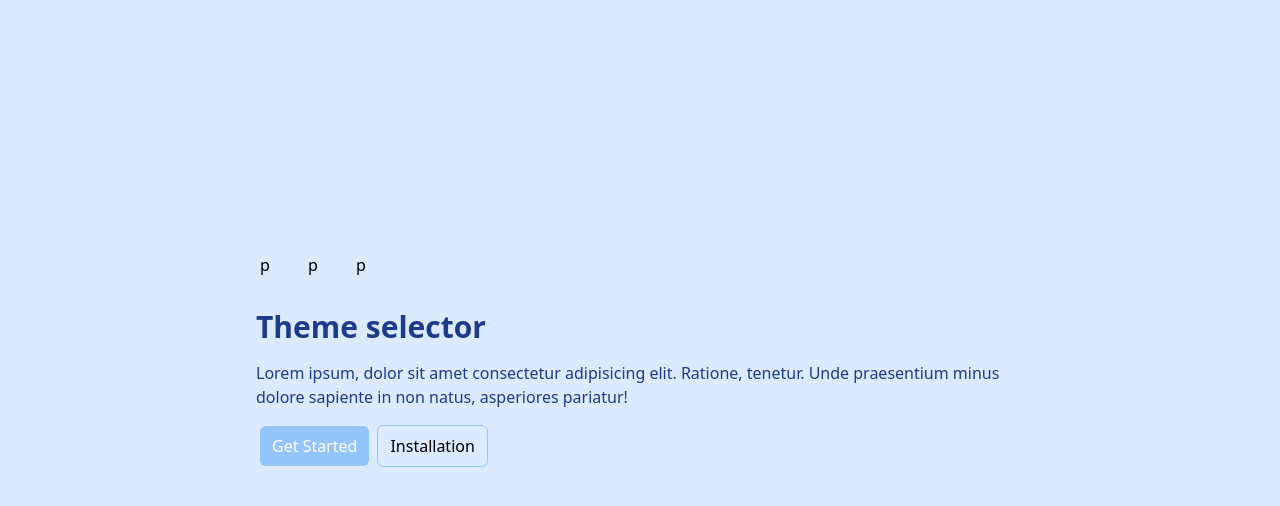
Repository: prince-bansal/tailwind-theme-switcher
Page: /
The author's editor kept a copy of each file at every save. The page is drawn from the files as they stood at one save, then again after the next save.
The browser window is 1280 px wide. The pictures show the whole page.
The project was rebuilt for these pictures with package versions that can differ from the ones it lists, and the page was loaded fresh each time. Also part of the build but not shown: vite.config.ts, src/index.css.

Above is the page before, as saved 2024-03-17 19:56:13.

After the next save:
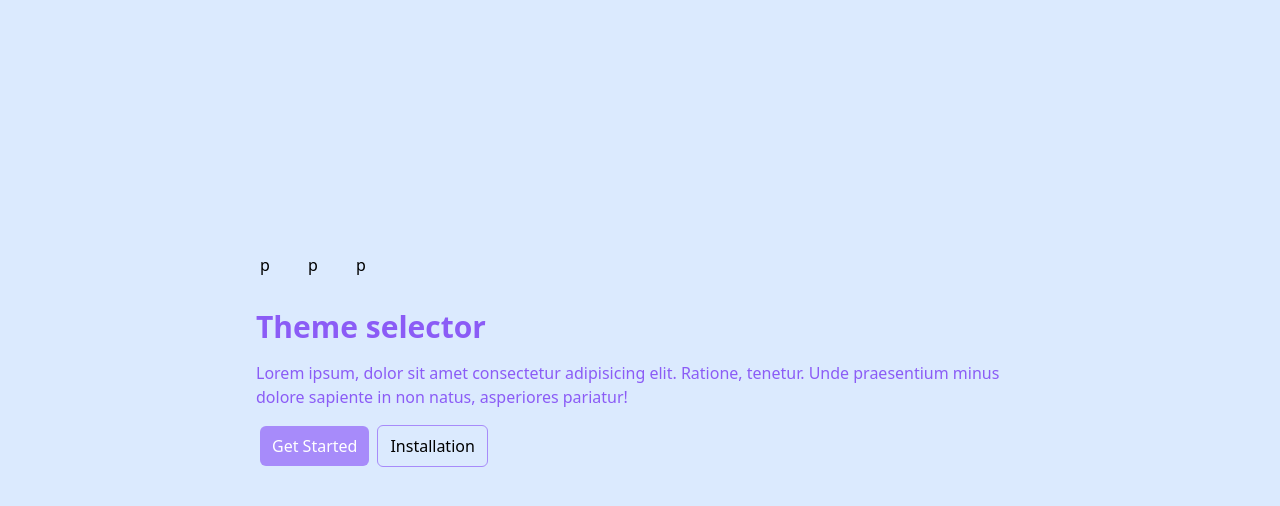
Saved 6 s later.
--- a/src/App.tsx
+++ b/src/App.tsx
@@ -8,7 +8,7 @@ function App() {
 
   return (
     <div
-      className={`theme-blue bg-fill min-h-screen flex items-center justify-center`}
+      className={`theme-${theme} bg-fill min-h-screen flex items-center justify-center`}
     >
       <div className="w-[60%] m-auto">
         <div className="flex">
